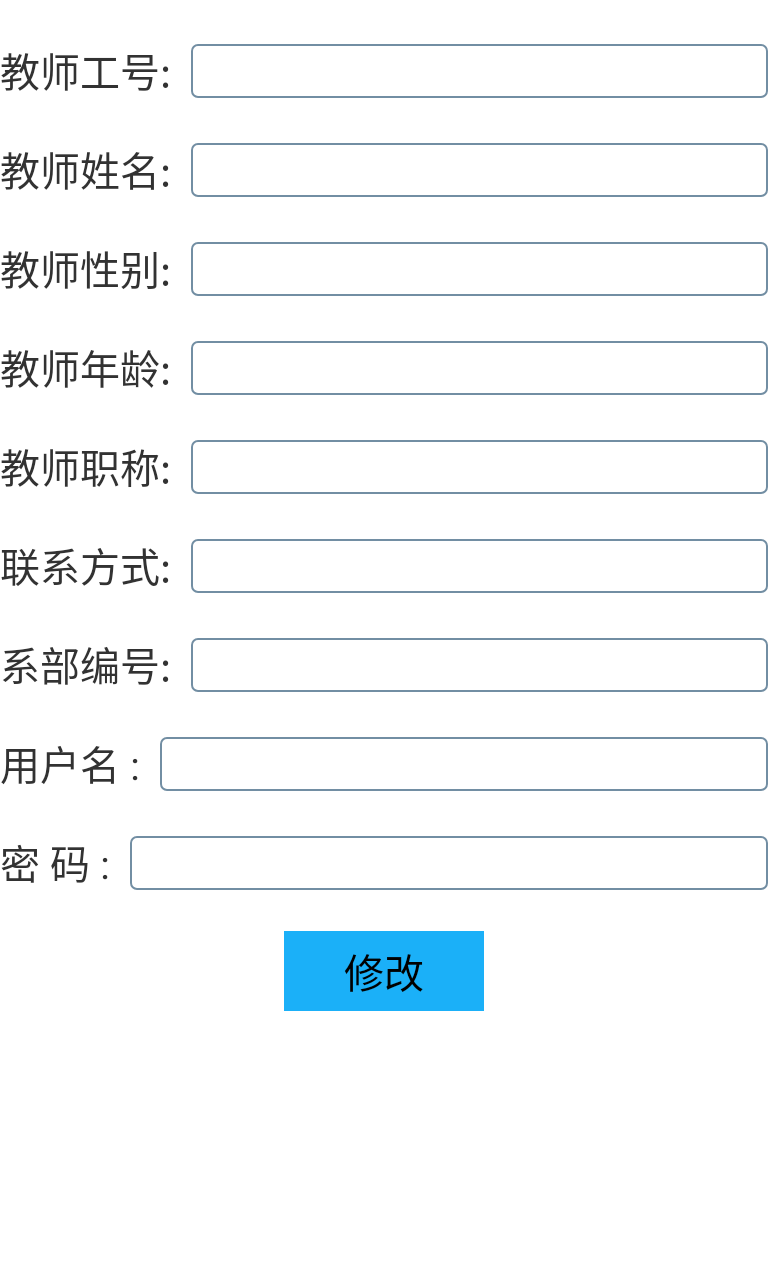
Repository: 15862175370/MyProject
Layout: 毕业设计系统源码_李伟/client/TeachSystem/res/layout/edit_teacher.xml
An editor plug-in stored every save of this project. The layout is shown before and after the next save, followed by the edit.
It is drawn on a 768 x 1280 px phone screen (xhdpi) without system bars, with theme AppTheme; the app's code is not run.

Above is the layout before, as saved 2016-05-21 02:53:21.

After the next save:
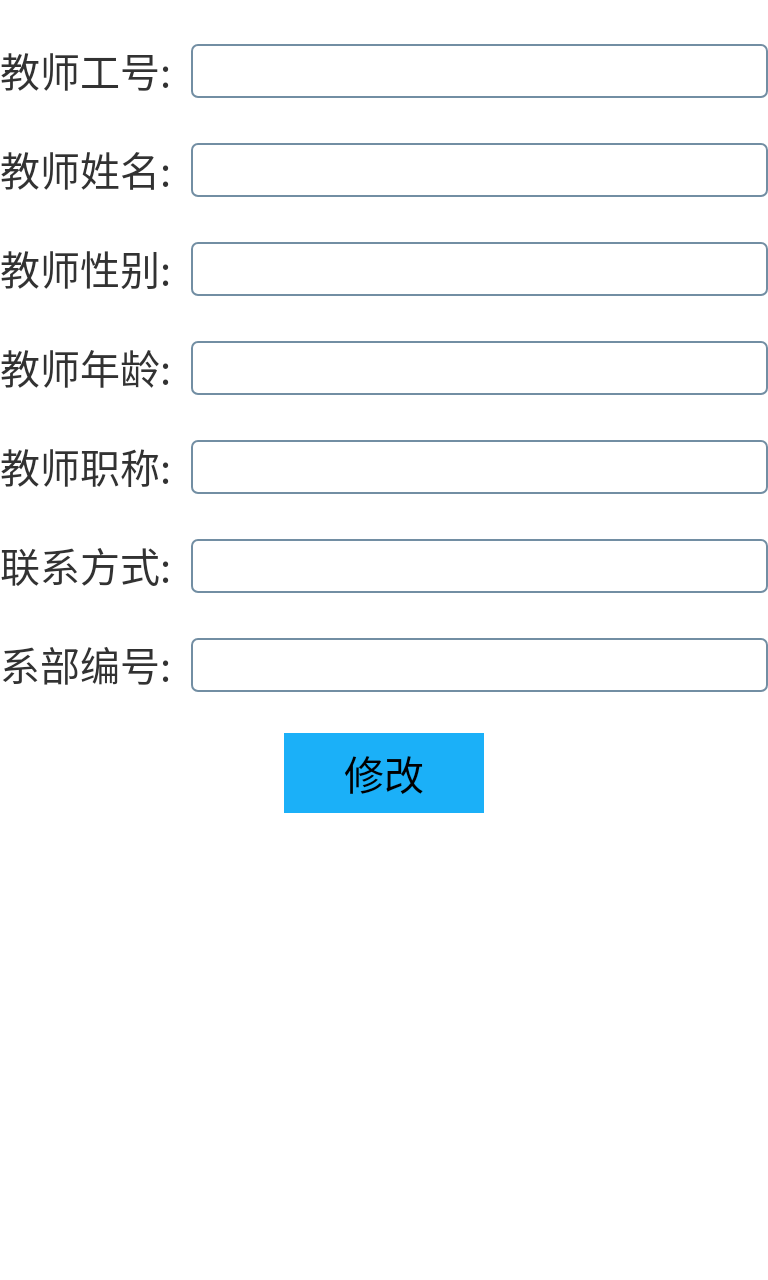
Saved 59 s later.
--- a/毕业设计系统源码_李伟/client/TeachSystem/res/layout/edit_teacher.xml
+++ b/毕业设计系统源码_李伟/client/TeachSystem/res/layout/edit_teacher.xml
@@ -178,59 +178,6 @@
 
     </LinearLayout>
 
-
-           <LinearLayout
-     android:id="@+id/teacher_linearlay"
-      android:layout_width="match_parent"
-        android:layout_height="wrap_content"
-        android:orientation="horizontal"
-        android:layout_marginTop="20dp"
-
-        >
-        <TextView
-         android:id="@+id/teacher_user"
-         android:layout_width="wrap_content"
-         android:layout_height="wrap_content"
-         android:textSize="20dp"
-         android:text="用户名 :"/>
-        <EditText
-              android:layout_marginLeft="10dp"
-            android:id="@+id/myteacher_user"
-         android:layout_width="match_parent"
-         android:layout_height="wrap_content"
-          android:textSize="20dp"
-         android:background="@drawable/biankuang"
-            />
-
-    </LinearLayout>
-
-
-
-
-        <LinearLayout
-     android:id="@+id/teacher_line"
-      android:layout_width="match_parent"
-        android:layout_height="wrap_content"
-        android:orientation="horizontal"
-        android:layout_marginTop="20dp"
-
-        >
-        <TextView
-         android:id="@+id/teacher_pass"
-         android:layout_width="wrap_content"
-         android:layout_height="wrap_content"
-         android:textSize="20dp"
-         android:text="密 码 :"/>
-        <EditText
-              android:layout_marginLeft="10dp"
-            android:id="@+id/myteacher_pass"
-         android:layout_width="match_parent"
-         android:layout_height="wrap_content"
-          android:textSize="20dp"
-         android:background="@drawable/biankuang"
-            />
-
-    </LinearLayout>
 
 
 
